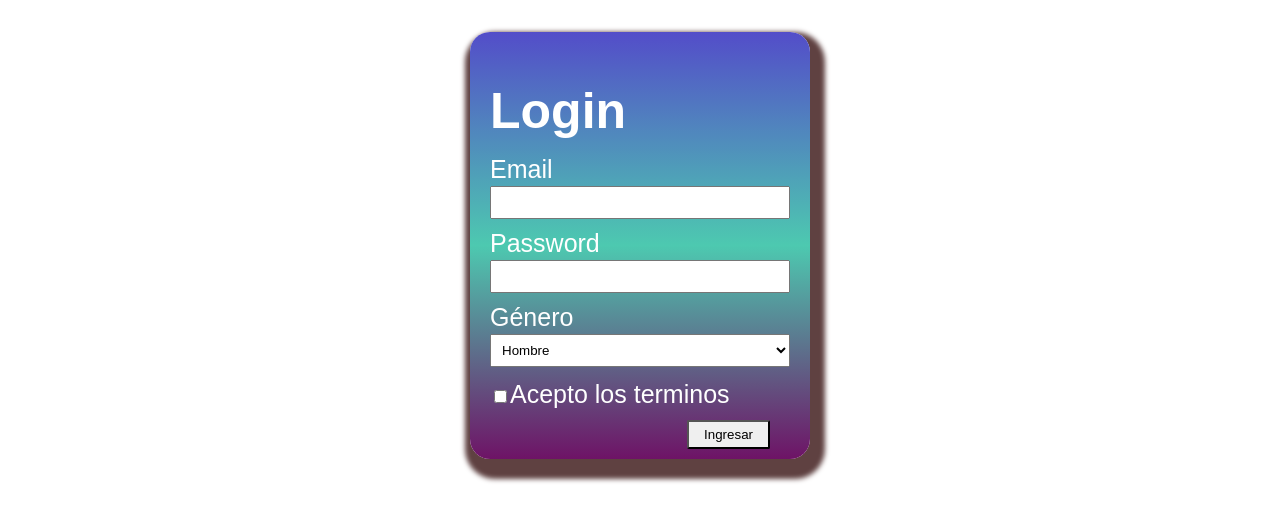
Repository: May-Mar/aspirantes-mir-html-y-css
Page: ejercicio1-html-y-css/index.html
These files come from the project's save history. The page is drawn as it stood at one moment and after the next save; the edit follows.
The browser window is 1280 px wide. The pictures show the whole page.

Above is the page before, as saved 2023-05-26 18:50:59.

After the next save:
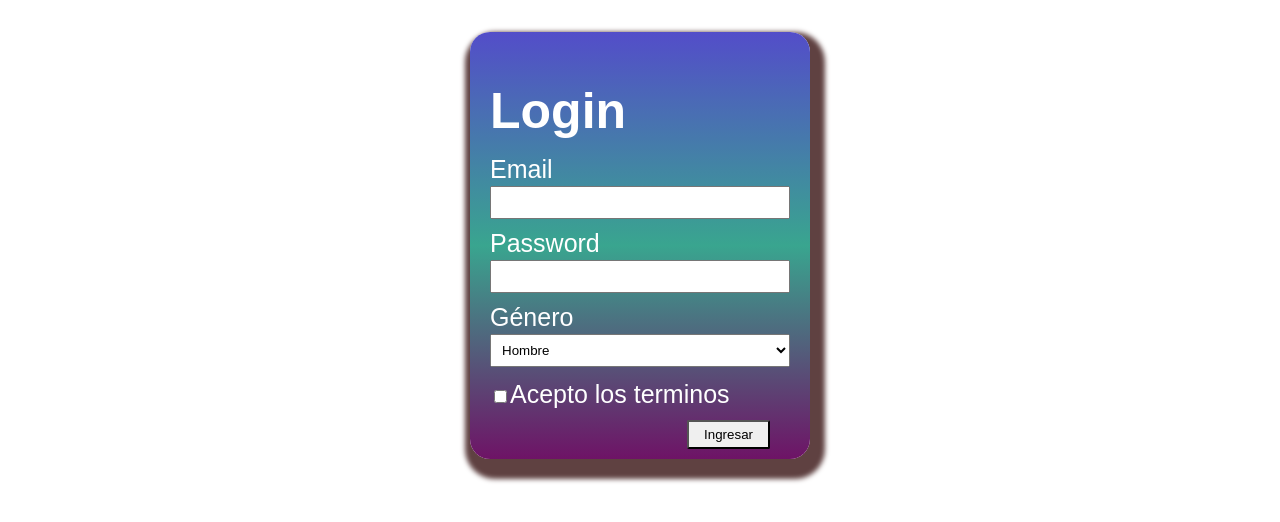
Saved 4 min 26 s later.
--- a/ejercicio1-html-y-css/styles.css
+++ b/ejercicio1-html-y-css/styles.css
@@ -8,7 +8,7 @@
     padding: 50px 20px;
     border-radius: 20px;
     margin: 20px auto 20px;
-    background: linear-gradient(#534dc9, #4dc9b0, #6e1366);
+    background: linear-gradient(#534dc9, #39a58f, #6e1366);
     box-shadow: 5px 10px 5px 10px #5f4141;
     color: #FFFFFF;
     font-family: Arial, Helvetica, sans-serif;
